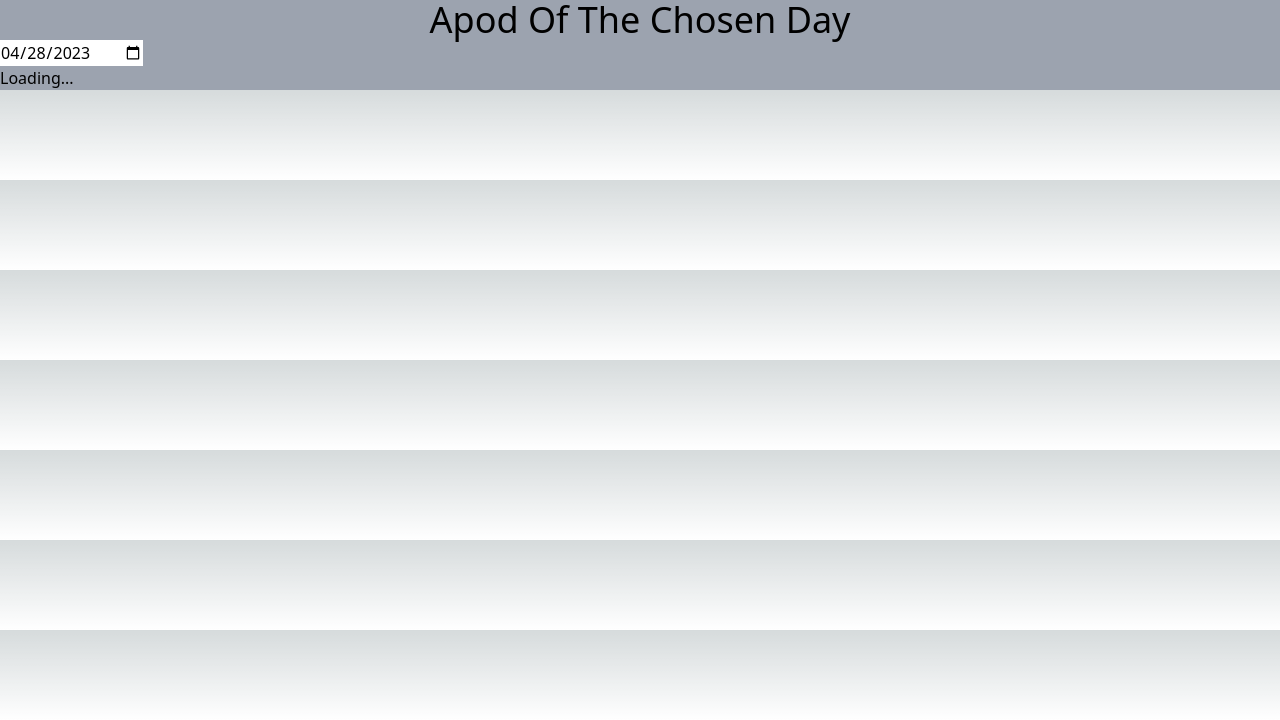
Repository: sercanisli/NasaApod
Page: /
These files come from the project's save history. The page is drawn as it stood at one moment and after the next save; the edit follows.
The browser window is 1280 px wide. The pictures show the whole page.
The page's requests for data from a server got no answer. The project was rebuilt for these pictures with package versions that can differ from the ones it lists, and the page was loaded fresh each time. The framework's server and built-in components were replaced by stand-ins that run in the browser. No one was signed in, and anything a server would have sent is missing. Also part of the build but not shown: next.config.js.

Above is the page before, as saved 2023-05-12 02:02:27.

### pages/index.js
import React, { useState } from 'react';
import DateSelector from '../components/DateSelector';
import Apod from '@/components/Apod';

const HomePage = () => {
  const [selectedDate, setSelectedDate] = useState(new Date().toISOString().substr(0, 10));

  const handleDateSelected = (date) => {
    setSelectedDate(date);
  };

  return (
    <div className="bg-gray-400">
      <DateSelector onDateSelected={handleDateSelected} />
      <Apod date={selectedDate} />
    </div>
  );
};

export default HomePage;

### components/DateSelector.js
import React from 'react';

const DateSelector = ({ onDateChange }) => {
  return (
    <div className="flex justify-center">
      <button onClick={() => onDateChange(new Date())}>
        <span className="text-4xl">Apod Of The Chosen Day</span>
      </button>
    </div>
  );
};

export default DateSelector;

### components/Apod.js
import React, { useState, useEffect } from 'react';
import axios from 'axios';

const API_KEY = 'EE0ZIoEOksDZKvkNgEcM1TfRaKWtTACerC0GhuJQ';

function Apod() {
  const [apodData, setApodData] = useState(null);
  const [selectedDate, setSelectedDate] = useState(new Date());

  useEffect(() => {
    const formatDate = date => {
      const year = date.getFullYear();
      const month = (date.getMonth() + 1).toString().padStart(2, '0');
      const day = date.getDate().toString().padStart(2, '0');
      return `${year}-${month}-${day}`;
    }

    const fetchApodData = async () => {
      try {
        const response = await axios.get(`https://api.nasa.gov/planetary/apod?api_key=${API_KEY}&date=${formatDate(selectedDate)}`);
        setApodData(response.data);
      } catch (error) {
        console.error(error);
      }
    };

    fetchApodData();
  }, [selectedDate]);

  const handleDateChange = event => {
    const selectedDate = new Date(event.target.value);
    setSelectedDate(selectedDate);
  };

  return (
    <div>
      <input className="flex justify-center" type="date" value={selectedDate.toISOString().substr(0, 10)} onChange={handleDateChange} />
      {apodData ? (
        <div>
          <h1>{apodData.title}</h1>
          <img src={apodData.url} alt={apodData.title} />
          <p>{apodData.explanation}</p>
        </div>
      ) : (
        <p>Loading...</p>
      )}
    </div>
  );
}

export default Apod;

Loaded but not shown: pages/_app.js (common file); pages/_document.js (common file); styles/globals.css (common file); tailwind.config.js (common file)

After the next save:
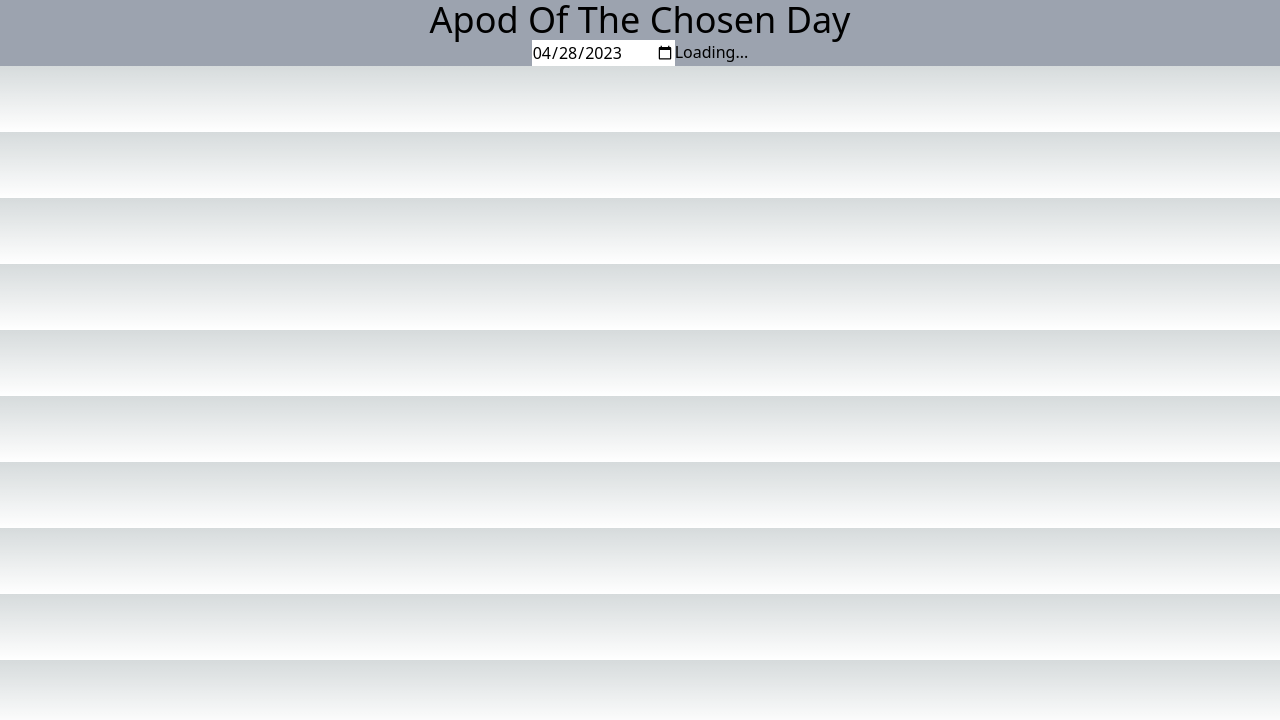
Saved 29 s later.
--- a/components/Apod.js
+++ b/components/Apod.js
@@ -33,8 +33,8 @@ function Apod() {
   };
 
   return (
-    <div>
-      <input className="flex justify-center" type="date" value={selectedDate.toISOString().substr(0, 10)} onChange={handleDateChange} />
+    <div className="flex justify-center">
+      <input  type="date" value={selectedDate.toISOString().substr(0, 10)} onChange={handleDateChange} />
       {apodData ? (
         <div>
           <h1>{apodData.title}</h1>
